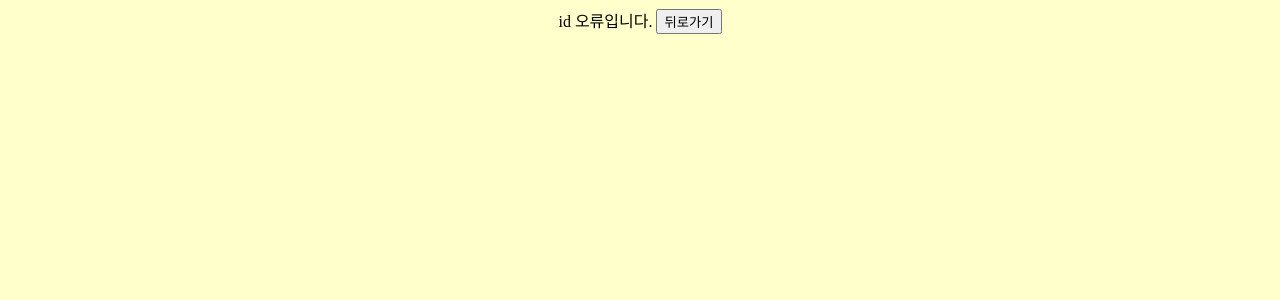
Repository: KangEunseo/2019-jsp-class
Page: http://localhost/BasicJSP/loginsession/loginSessionPro.jsp
An editor plug-in stored every save of this project. The page is shown before and after the next save, followed by the edit.
The browser window is 1280 px wide. The pictures show the whole page.
The page is served by Tomcat 9. Other server files are loaded and not shown. Queries for data that is not in the repository find no rows.

Above is the page before, as saved 2019-09-25 02:51:43.

### BasicJSP/WebContent/loginsession/loginSessionPro.jsp
<%@ page language="java" contentType="text/html; charset=UTF-8"
    pageEncoding="UTF-8" session="true" import="jdbcbean.MemberDbBean_2401"%>
<!DOCTYPE html>
<html>
<head>
<meta charset="UTF-8">
<title>Insert title here</title>
</head>
<body bgcolor="ffffcc">
<div align="center">
<%@ page import="java.util.*" %>
<%@ page import="java.sql.*" %>
<%
	request.setCharacterEncoding("utf-8");
	MemberDbBean_2401 regDbBean = new MemberDbBean_2401();

	String id = request.getParameter("id");
	String pwd = request.getParameter("pwd");
	int result = regDbBean.selectId(id, pwd);
	if(result == 1) {
		session.setAttribute("id", id);
		session.setAttribute("pwd", pwd);
%>
	<table border="1" width="600px" cellspacing="0" cellpadding="5">
		<tr>
			<td colspan="3" align="center"><font color="#996600"><b>
				<%=id %>님 로그인되었습니다.
			</b></font></td>
		</tr>
		<tr>
			<td align="center"><input type="button" value="회원정보조회" onClick="javascript:location.href='ret_2401.jsp'"></td>
			<td align="center"><input type="button" value="회원정보수정" onClick="javascript:location.href='update_2401.jsp'"></td>
			<td align="center"><input type="button" value="회 원 탈 퇴" onClick="javascript:location.href='delete_2401.jsp'"></td>
		</tr>
	</table>
	<p><input type="button" value="로그아웃" onClick="javascript:location.href='logoutSession.jsp'"></p>
<%
	} else if(result == 2) {
		out.println("id 오류입니다.");		%>
		<input type="button" value="뒤로가기" onClick="history.back()">
<%	} else if(result == 3) {
		out.println("password 오류입니다.");	%>
		<input type="button" value="뒤로가기" onClick="history.back()">
<%	}	%>
</div>
</body>
</html>

### BasicJSP/src/jdbcbean/MemberDbBean_2401.java
package jdbcbean;

import java.sql.*;

public class MemberDbBean_2401 {

	private final String JDBC_DRIVER = "org.gjt.mm.mysql.Driver";
	private final String JDBC_URL = "jdbc:mysql://localhost:3306/mydb";
	private final String USER = "root";
	private final String PASS = "mirim2";
	Connection conn;
	PreparedStatement pstmt;
	String sql;
	ResultSet rs;

	public MemberDbBean_2401() { //드라이버 로딩
		try {
			Class.forName(JDBC_DRIVER);
			conn = DriverManager.getConnection(JDBC_URL, USER, PASS);
		} catch(Exception e){
			e.printStackTrace();
			System.out.println("드라이버 로딩 및 connection 오류");
		}
	}

	public void insertMember(MemberBean_2401 member) {
		try {
			sql = "insert into tblregister values(?, ?, ?, ?, ?, ?, ?, ?, ?, ?)";
			pstmt = conn.prepareStatement(sql);
			pstmt.setString(1, member.getId());
			pstmt.setString(2, member.getPwd());
			pstmt.setString(3, member.getName());
			pstmt.setString(4, member.getNum1());
			pstmt.setString(5, member.getNum2());
			pstmt.setString(6, member.getEmail());
			pstmt.setString(7, member.getPhone());
			pstmt.setString(8, member.getZipcode());
			pstmt.setString(9, member.getAddress());
			pstmt.setString(10, member.getJob());
			pstmt.executeUpdate();
		} catch(Exception e){
			e.printStackTrace();
		}
	}

	public MemberBean_2401 selectMember(String id) {
		MemberBean_2401 member = new MemberBean_2401();
		try {
			sql = "select * from tblregister where id = ?";
			pstmt = conn.prepareStatement(sql);
			pstmt.setString(1, id);
			rs = pstmt.executeQuery();
			if(rs.next()) {
				member.setId(rs.getString("id"));
				member.setPwd(rs.getString("pwd"));
				member.setName(rs.getString("name"));
				member.setNum1(rs.getString("num1"));
				member.setNum2(rs.getString("num2"));
				member.setEmail(rs.getString("email"));
				member.setPhone(rs.getString("phone"));
				member.setZipcode(rs.getString("zipcode"));
				member.setAddress(rs.getString("address"));
				member.setJob(rs.getString("job"));
			}
		} catch(Exception e){
			e.printStackTrace();
		}
		return member;
	}

	public void updateMember(MemberBean_2401 member) {
		try {
			sql = "update tblregister set email = ?, phone = ?, zipcode = ?, address = ?, job = ?"
					+ "where id = ?";
			pstmt = conn.prepareStatement(sql);
			pstmt.setString(1, member.getEmail());
			pstmt.setString(2, member.getPhone());
			pstmt.setString(3, member.getZipcode());
			pstmt.setString(4, member.getAddress());
			pstmt.setString(5, member.getJob());
			pstmt.setString(6, member.getId());
			pstmt.executeUpdate();
		} catch(Exception e){
			e.printStackTrace();
		}
	}

	public int selectId(String inId, String inPwd) {
		int result = 1;
		String id = "";
		String pwd = "";

		try{
			sql = "select id, pwd from tblregister where id=?";
			pstmt = conn.prepareStatement(sql);
			pstmt.setString(1, inId);
			rs = pstmt.executeQuery();

			if(rs.next()){
				id=rs.getString("id");
				pwd=rs.getString("pwd");

				if(pwd.equals(inPwd))
					result = 1; //성공
				else
					result = 3; //pwd 오류
			} else {
				result = 2; //id 오류
			}
		} catch(Exception e){
			e.printStackTrace();
		}
		return result;
	}

	public int deleteMember(String id) {
		int result = 0;
		try {
			sql = "delete from tblregister where id = ?";
			pstmt = conn.prepareStatement(sql);
			pstmt.setString(1, id);
			pstmt.executeUpdate();
			result = 1;
		} catch(Exception e) {
			e.printStackTrace();
		}
		return result;
	}

	public void freeConn() {
		if(pstmt != null) {
			try {
				pstmt.close();
			} catch(Exception e) {
				e.printStackTrace();
			}
		}
		if(conn != null) {
			try {
				conn.close();
			} catch(Exception e) {
				e.printStackTrace();
			}
		}
	}

}

After the next save:
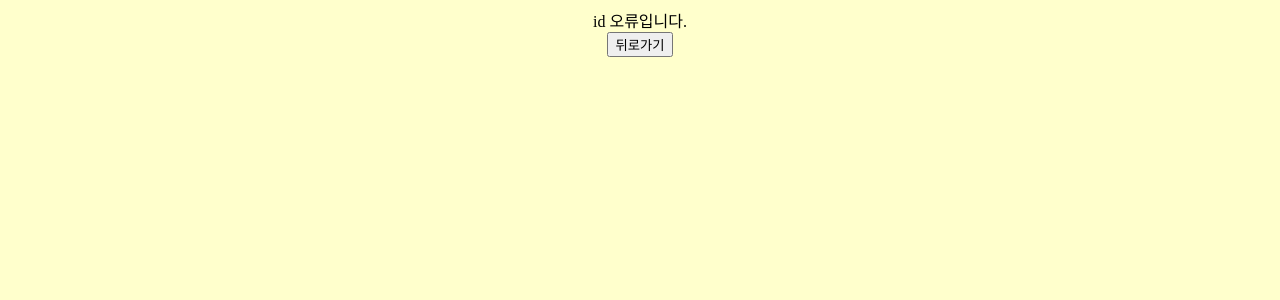
Saved 99 s later.
--- a/BasicJSP/WebContent/loginsession/loginSessionPro.jsp
+++ b/BasicJSP/WebContent/loginsession/loginSessionPro.jsp
@@ -37,10 +37,10 @@
 <%
 	} else if(result == 2) {
 		out.println("id 오류입니다.");		%>
-		<input type="button" value="뒤로가기" onClick="history.back()">
+		<br><input type="button" value="뒤로가기" onClick="history.back()">
 <%	} else if(result == 3) {
 		out.println("password 오류입니다.");	%>
-		<input type="button" value="뒤로가기" onClick="history.back()">
+		<br><input type="button" value="뒤로가기" onClick="history.back()">
 <%	}	%>
 </div>
 </body>
